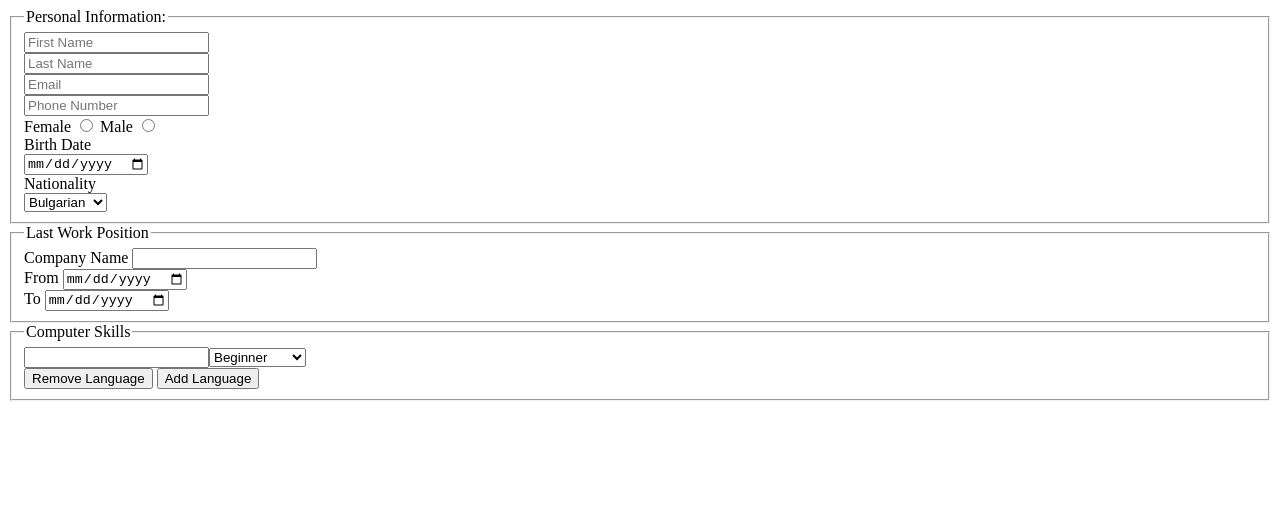
Repository: zhanivanov/PHP_Basics_Course_Homework
Page: http://localhost/5.CVGenerator/CVGenerator.php
The author's editor kept a copy of each file at every save. The page is drawn from the files as they stood at one save, then again after the next save.
The browser window is 1280 px wide. The pictures show the whole page.
The page is run by PHP 8.4 with error messages shown; the project is at /var/www/html/.

Above is the page before, as saved 2014-08-21 15:01:00.

After the next save:
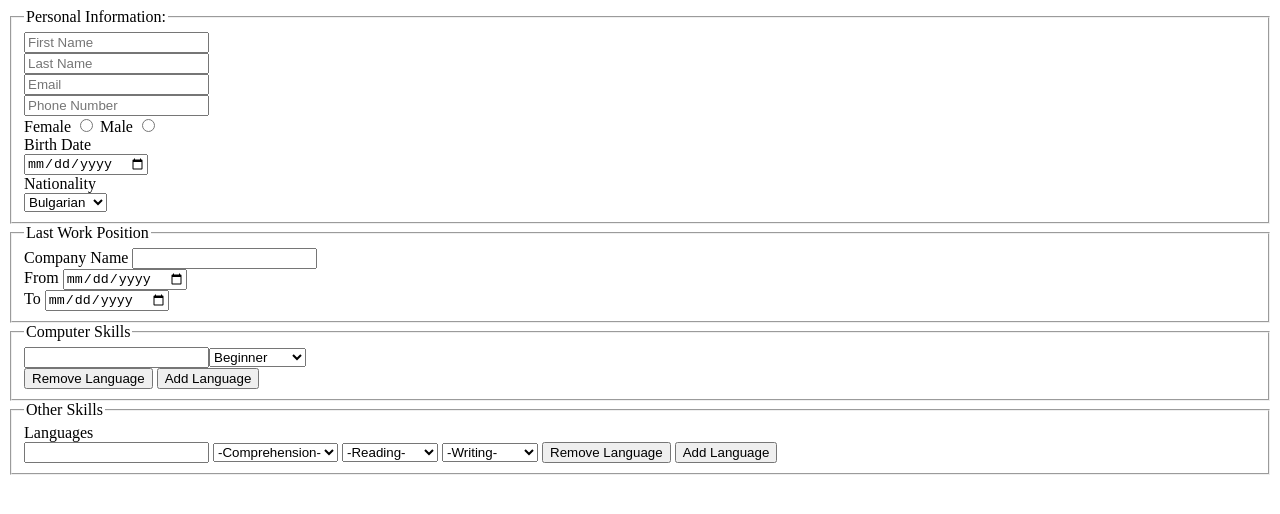
Saved 59 min 43 s later.
--- a/PHP_Working_With_Forms/5.CVGenerator/CVGenerator.php
+++ b/PHP_Working_With_Forms/5.CVGenerator/CVGenerator.php
@@ -19,9 +19,7 @@
             }
             function removeLang(){
                 var divRem = document.getElementById('inputBox'+(idCounter-1));
-                if(idCounter>1){
-                    idCounter--;
-                }
+                idCounter--;
                 document.getElementById('programming').removeChild(divRem);
             }
         </script>
@@ -76,6 +74,36 @@
                  <input type="button" onclick="removeLang()" value="Remove Language"/>
                  <input type="button" onclick="addLang()" value="Add Language"/>
              </fieldset>
+
+
+            <fieldset>
+				<legend>
+					Other Skills
+				</legend>
+				<label for="languages">Languages</label>
+				<br />
+				<input type="text" name="languages[]" id="languages"/>
+				<select name="comprehension[]">
+				    <option value="default">-Comprehension-</option>
+				    <option value="beginner">beginner</option>
+				    <option value="intermediate">intermediate</option>
+				    <option value="advanced">advanced</option>
+				</select>
+                <select name="reading[]">
+                    <option value="default">-Reading-</option>
+                    <option value="beginner">beginner</option>
+                    <option value="intermediate">intermediate</option>
+                    <option value="advanced">advanced</option>
+                </select>
+                <select name="writing[]">
+                    <option value="default">-Writing-</option>
+                    <option value="beginner">beginner</option>
+                    <option value="intermediate">intermediate</option>
+                    <option value="advanced">advanced</option>
+                </select>
+				<input type="button" onclick="" value="Remove Language"/>
+				<input type="button" onclick="" value="Add Language"/>
+			</fieldset>
         </form>
     </body>
 </html>
